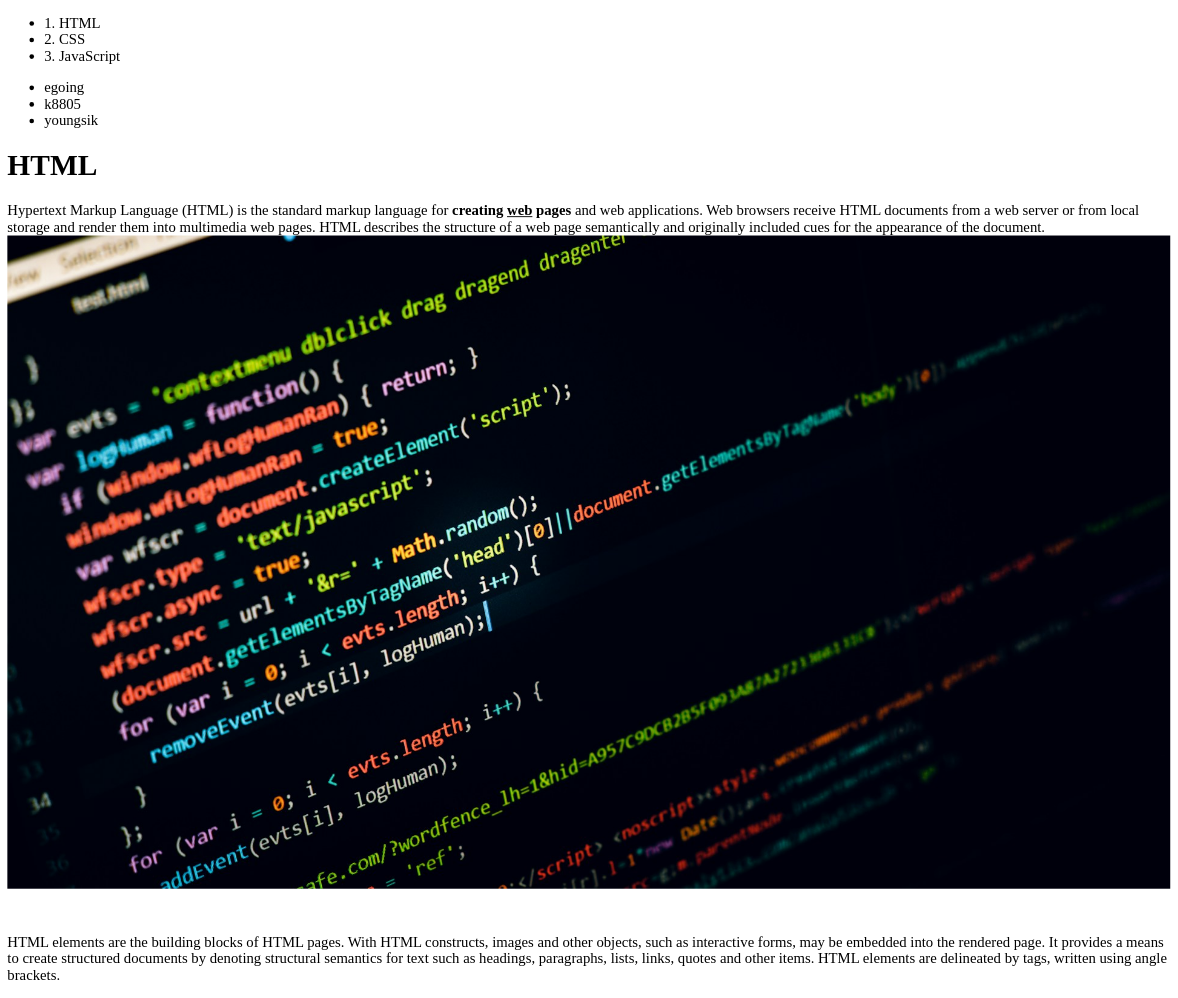
Repository: youngsik0405/Web-study
Page: Practice/WebContent/1.html
An editor plug-in stored every save of this project. The page is shown before and after the next save, followed by the edit.
The browser window is 1280 px wide. The pictures show the whole page, at 92% of full size.

Above is the page before, as saved 2025-01-20 11:51:37.

### Practice/WebContent/1.html
<!DOCTYPE html>
<html>
<head>
<meta charset="UTF-8">
<title>Insert title here</title>
</head>
<body>
<ul>
	<li>1. HTML</li>
	<li>2. CSS</li>
	<li>3. JavaScript</li>
</ul>
<ul>
	<li>egoing</li>
	<li>k8805</li>
	<li>youngsik</li>
</ul>


<h1>HTML</h1>
<p>Hypertext Markup Language (HTML) is
the standard markup language for <strong>creating <u>web</u>
 pages</strong> and web applications.
 Web browsers receive HTML documents
 from a web server or from local storage
 and render them into multimedia web pages.
 HTML describes the structure of a
 web page semantically and originally included
 cues for the appearance of the document.
 <img src="coding.jpg" width="100%;">
</p><p style="margin-top:45px;">HTML elements are
the building blocks of HTML pages.
With HTML constructs, images and other objects,
such as interactive forms, may be embedded into
the rendered page. It provides a means to create
structured documents by denoting structural
semantics for text such as headings, paragraphs,
lists, links, quotes and other items.
HTML elements are delineated by tags,
written using angle brackets.</p>


</body>
</html>

After the next save:
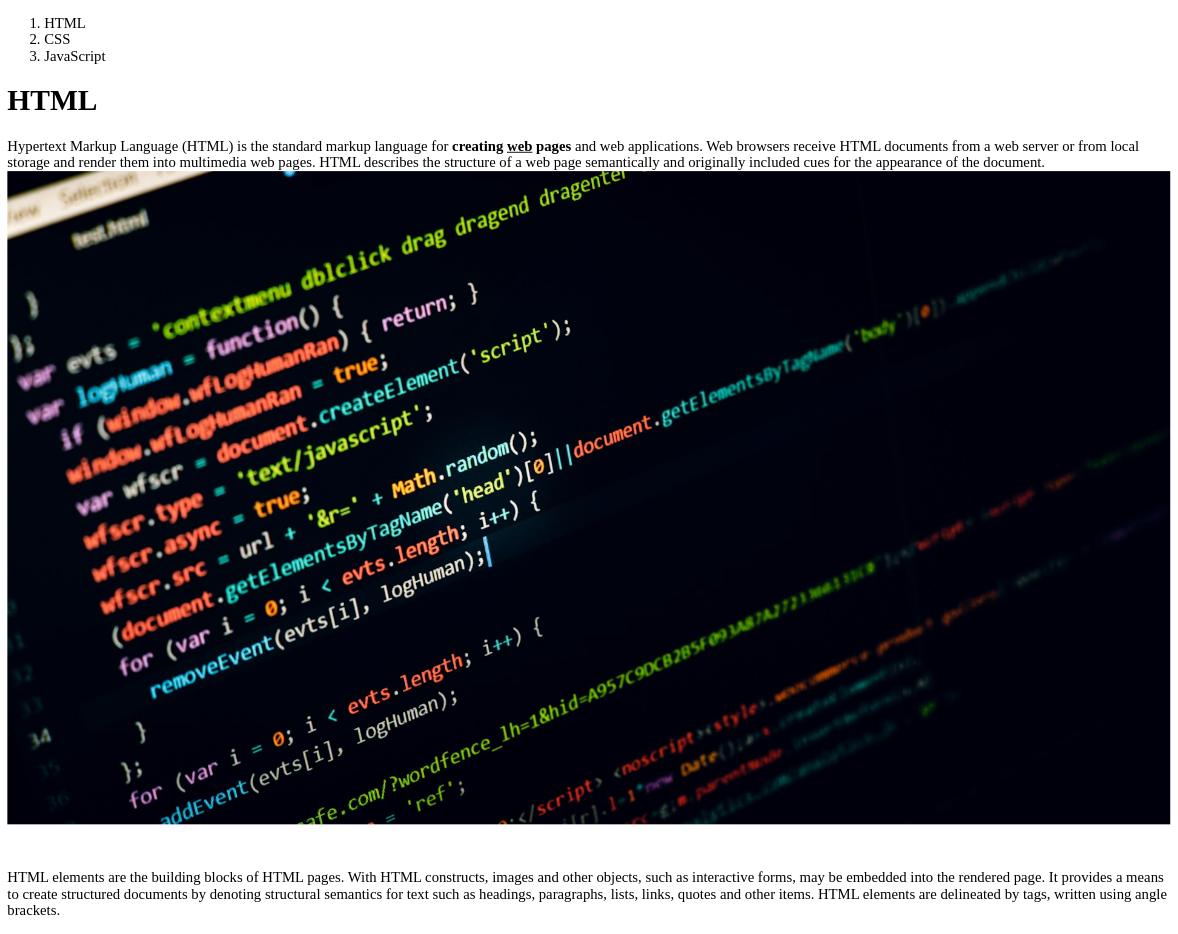
Saved 88 s later.
--- a/Practice/WebContent/1.html
+++ b/Practice/WebContent/1.html
@@ -5,18 +5,11 @@
 <title>Insert title here</title>
 </head>
 <body>
-<ul>
-	<li>1. HTML</li>
-	<li>2. CSS</li>
-	<li>3. JavaScript</li>
-</ul>
-<ul>
-	<li>egoing</li>
-	<li>k8805</li>
-	<li>youngsik</li>
-</ul>
-
-
+<ol>
+	<li>HTML</li>
+	<li>CSS</li>
+	<li>JavaScript</li>
+</ol>
 <h1>HTML</h1>
 <p>Hypertext Markup Language (HTML) is
 the standard markup language for <strong>creating <u>web</u>
